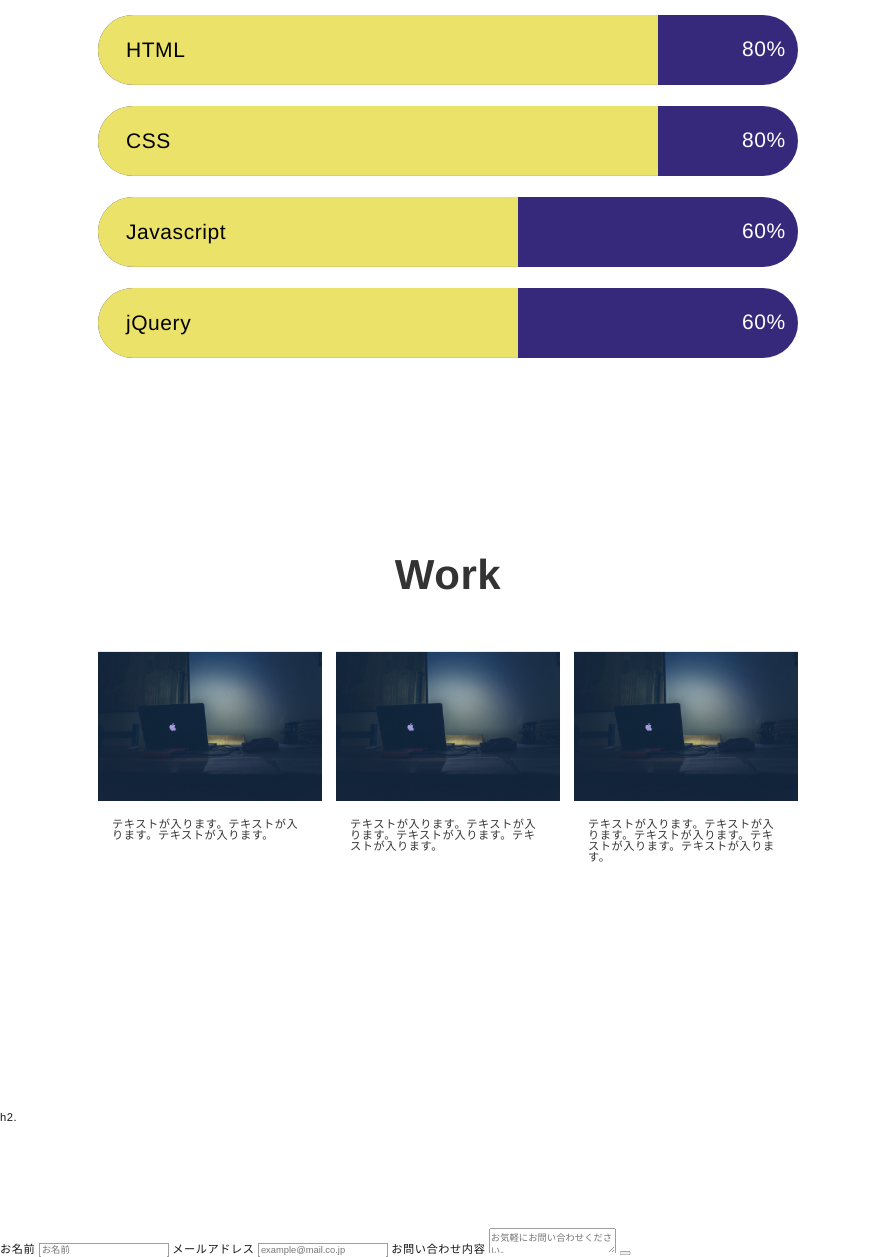
Repository: sadayuki15/portfolio
Page: index.html
The author's editor kept a copy of each file at every save. The page is drawn from the files as they stood at one save, then again after a run of saves.
The browser window is 1280 px wide. The pictures show the part of the page from y = 1856 to 3776 px (the page is 3652 px tall before and 3776 px after), at 70% of full size.

Above is the page before, as saved 2021-04-22 21:19:20.

### index.html
<!DOCTYPE html>
<html lang="ja">
<head>
  <meta charset="UTF-8">
  <meta http-equiv="X-UA-Compatible" content="IE=edge">
  <meta name="viewport" content="width=device-width, initial-scale=1.0">
  <link rel="stylesheet" href="./css/reset.css">
  <link rel="stylesheet" href="./css/style.css">
  <title>Document</title>
</head>
<body>
  <!-- header -->
  <header class="header">
    <div class="header-inner">
      <h1 class="header-title">PortFolio</h1>
      <nav class="header-nav">
        <ul class="nav-list">
          <li class="nav-item"><a href="#">Home</a></li>
          <li class="nav-item"><a href="#">About</a></li>
          <li class="nav-item"><a href="#">Skil</a></li>
          <li class="nav-item"><a href="#">Work</a></li>
          <li class="nav-item"><a href="#">Contact</a></li>
        </ul>
      </nav>
    </div>
  </header>
  <!-- //header -->

  <main>
  <!-- fv -->
  <div class="fv">
    <div class="main-copy">
      <p class="main-title">
        SADAYUKI<br>
        NISIYAMA
      </p>
    </div>
  </div>
  <!-- //fv -->

  <!-- About -->
  <div class="section-wrapper">
    <h2 class="section-title">ABOUT</h2>
    <div class="section-inner about">
      <div class="about-img-wrapper">
        <img src="" alt="">
      </div>
      <div class="about-contents">
        <p class="about-text">
          はじめまして、西山禎侑と申します。
        </p>
        <p class="about-text">
          1986年生まれ。鳥取県八頭郡出身。
        </p>
        <p class="about-text">
          地元の大学卒業後、民間企業へ入社。11年間、個人から法人までの営業、事務、企画等（主に金融業務）を経験し退職。
        </p>
        <p class="about-text">
          2021年2月より完全未経験からプログラミングを学習し、フリーランスエンジニアを目指し新たな道へ挑戦。
        </p>
        <p class="about-text">
          目指すは「頼んで良かった」、「またお願いしたい」と言われる人材に。
        </p>
        <p class="about-text">
          コーディング、Webサイト制作のお仕事が可能です。<br>
          お仕事のご相談等、お気軽にお問い合わせ下さい。
        </p>
        <p class="about-text">
          何卒、よろしくお願い致します。
        </p>
      </div>
    </div>
  </div>
  <!-- //About -->

  <!-- skil -->
  <div class="section-wrapper">
    <h2 class="section-title">Skil</h2>
    <div class="section-inner">
      <div class="chart">
        <div id="board">
          <div class="row">
            <span class="label">HTML</span>
            <div class="bar-wrap">
              <div class="bar" data-value="80"></div>
            </div>
            <span class="number">80%</span>
          </div><!-- row -->
          <div class="row">
            <span class="label">CSS</span>
            <div class="bar-wrap">
              <div class="bar" data-value="80"></div>
            </div>
            <span class="number">80%</span>
          </div><!-- row -->
          <div class="row">
            <span class="label">Javascript</span>
            <div class="bar-wrap">
              <div class="bar" data-value="60"></div>
            </div>
            <span class="number">60%</span>
          </div><!-- row -->
          <div class="row">
            <span class="label">jQuery</span>
            <div class="bar-wrap">
              <div class="bar" data-value="60"></div>
            </div>
            <span class="number">60%</span>
          </div><!-- row -->
        </div><!-- board -->
      </div><!-- chart -->
    </div>
  </div>
  <!-- //skil -->

  <!-- works -->
  <div class="section-wrapper">
    <h2 class="section-title">Work</h2>
    <div class="section-inner">
      <ul class="work-list">
        <li class="work-item">
          <a href="">
            <div class="work-img">
              <img src="./img/top2.jpg" alt="">
            </div>
            <p class="work-text">テキストが入ります。テキストが入ります。テキストが入ります。</p>
          </a>
        </li>
        <li class="work-item">
          <a href="">
            <div class="work-img">
              <img src="./img/top2.jpg" alt="">
            </div>
            <p class="work-text">テキストが入ります。テキストが入ります。テキストが入ります。テキストが入ります。</p>
          </a>
        </li>
        <li class="work-item">
          <a href="">
            <div class="work-img">
              <img src="./img/top2.jpg" alt="">
            </div>
            <p class="work-text">テキストが入ります。テキストが入ります。テキストが入ります。テキストが入ります。テキストが入ります。</p>
          </a>
        </li>
      </ul>
    </div>
  </div>
  <!-- //works -->

  <!-- contact -->
  <div class="section-wrapper">
    h2.
  </div>
  <form action="https://docs.google.com/forms/u/0/d/e/1FAIpQLSfCjsqzzj8C34UUE0Mi2WnerATBCsd4cWR83YcoPwhWItEpFQ/formResponse">
    <label for="name">お名前</label>
    <input id="name" type="text" name="entry.32834570" placeholder="お名前">
    <label for="email">メールアドレス</label>
    <input id="email" type="text" name="entry.303714741" placeholder="example@mail.co.jp">
    <label for="msg">お問い合わせ内容</label>
    <textarea id="msg" name="entry.1496098719" placeholder="お気軽にお問い合わせください。"></textarea>
    <button type="submit" name="button" value="送信"></button>
  </form>
  <!-- //contact -->







  </main>



  <script src="jquery-3.6.0.min.js"></script>
  <script src="index.js"></script>
</body>
</html>

### css/style.css
html {
  font-size: 62.5%;
}
body {
  font-size: 1.6rem;
  letter-spacing: .05em;
  color: #171717;
  font-family: Helvetica, '游ゴシック', 'Yu Gothic', YuGothic, HiraKakuProN-W3, 'メイリオ', Meiryo, sans-serif;
}
ul {
  text-decoration: none;
}
li {
  list-style: none;
}
a {
  text-decoration: none;
}
img {
  width: 100%;
  vertical-align: bottom;
}
/*-------共通-------*/
.section-wrapper {
  padding: 100px 0 100px;
  margin-bottom: 50px;
}
.section-title{
  max-width: 1000px;
  color: #333;
  font-size: 6rem;
  margin: 0 auto 80px;
  padding: 0 30px;
  text-align: center;
}
.section-inner {
  max-width: 1000px;
  margin: 0 auto;
  padding: 0 50px;
}


/*-------header-------*/
.header {
  width: 100%;
  padding: 19px 30px;
  position: absolute;
  top: 0;
  left: 0;
  z-index: 1;
  transition: .3s;
  color: #fff;
  box-sizing: border-box;
}
.header-inner {
  max-width: 1200px;
  margin: 0 auto;
  display: flex;
  justify-content: space-between;
  align-items: center;
  box-sizing: border-box;
}
.header-title {
  font-size: 2.6rem;
}
.nav-list {
  display: flex;
}
.nav-item a {
  display: block;
  color: #fff;
  font-weight: bold;
  text-decoration: none;
  transition: .3s;
}
.nav-item {
  margin-right: 30px;
}
.nav-item:last-of-type {
  margin-right: 0;
}
.nav-item a:hover {
  opacity: .7;
  transition: .3s;
  text-decoration: 3px underline;
}

/*-------fv-------*/
.fv {
  width: 100%;
  height: 100vh;
  min-height: 550px;
  background-image: url(../img/fv-top.jpg);
  background-size: cover;
  background-position: center;
  /* position: relative; */
}
.main-copy {
  position: absolute;
  bottom: 155px;
  left: 120px;
  color: #fff;
  font-weight: bold;
}
.main-title{
  font-size: 15rem;
  text-align: center;
}

.about{
  display: flex;
  justify-content: space-between;
  align-items: center;
}
.about-img-wrapper {
  max-width: 480px;
}
.about-text {
  max-width: 480px;
  margin-bottom: 30px;
  line-height: 1.8;
  font-weight: bold;
}

/*-------skil-------*/
.content {
  width: 100%;
  height: 200px;
  line-height: 200px;
  text-align: center;
}
.chart {
  max-width: 1000px;
  margin: 0 auto;
}
.chart .row {
  position: relative;
  height: 100px;
  margin-bottom: 25px;
}
.chart .row span {
  color: #000;
  font-size: 1.8rem;
}
.chart .row span.label {
  position: absolute;
  top: 35px;
  left: 3%;
  padding-left: 10px;
  text-align: left;
  line-height: 30px;
  z-index: 10;
}
.chart .row .bar-wrap {
  position: relative;
  background: #36297c;
  width: 100%;
  height: 100%;
  overflow: hidden;
  border-radius: 50px;
}
.chart .row .bar-wrap .bar {
  position: absolute;
  top: 0;
  left: 0;
  height: 100%;
  background: #ebe26a;
  transition: all 1s;
  transform: translateX(-100%);
}
.chart .row .bar-wrap .bar.no {
  transform: translateX(0%);
}
.chart .row span.number {
  position: absolute;
  top: 35px;
  right: 3%;
  width: 40px;
  padding-right: 10px;
  text-align: right;
  line-height: 28px;
  z-index: 10;
  color: #fff;
}

/*-------work-------*/
.work-list {
  max-width: 1000px;
  margin: 0 auto 80px;
  display: flex;
  justify-content: space-between;
}
.work-item {
  width: 32%;
}
.work-item a {
  color: #333;
}
.work-text {
  padding: 25px 20px;
}



/*-------media-------*/
@media screen and (min-width: 1000px) {
  .chart .row {
    margin-bottom: 30px;
  }
  .chart .row span {
    color: #000;
    font-size: 3rem;
  }
}

@media screen and (max-width: 1000px) {
  .chart .row {
    margin-bottom: 30px;
  }
  .chart .row span {
    color: #000;
    font-size: 3vw;
  }
}

### index.js
function generateChart(wrapper) {
  let values = [];

  $(wrapper + ' .bar').each(function(index, el) {
    values.push($(this).data('value'));
  });

  $(wrapper + ' .bar').each(function(index, el) {
    let bar = $(this);
    let value = bar.data('value');

    bar.width(value + '%');

    let board = $('#board');
    let boardO = board.offset().top;
    let boardH = board.height();
    let windowH = $(window).height();
    let windowS = $(window).scrollTop();

    if(windowS > boardO - windowH + (windowH / 2) && windowS < boardO + boardH - (boardH / 2)){
      bar.addClass('no');
    }
  });
}

$(window).on('scroll', function(event) {
  generateChart('#board');
});

Loaded but not shown: css/reset.css (common file); jquery-3.6.0.min.js (library)

After the next 6 saves:
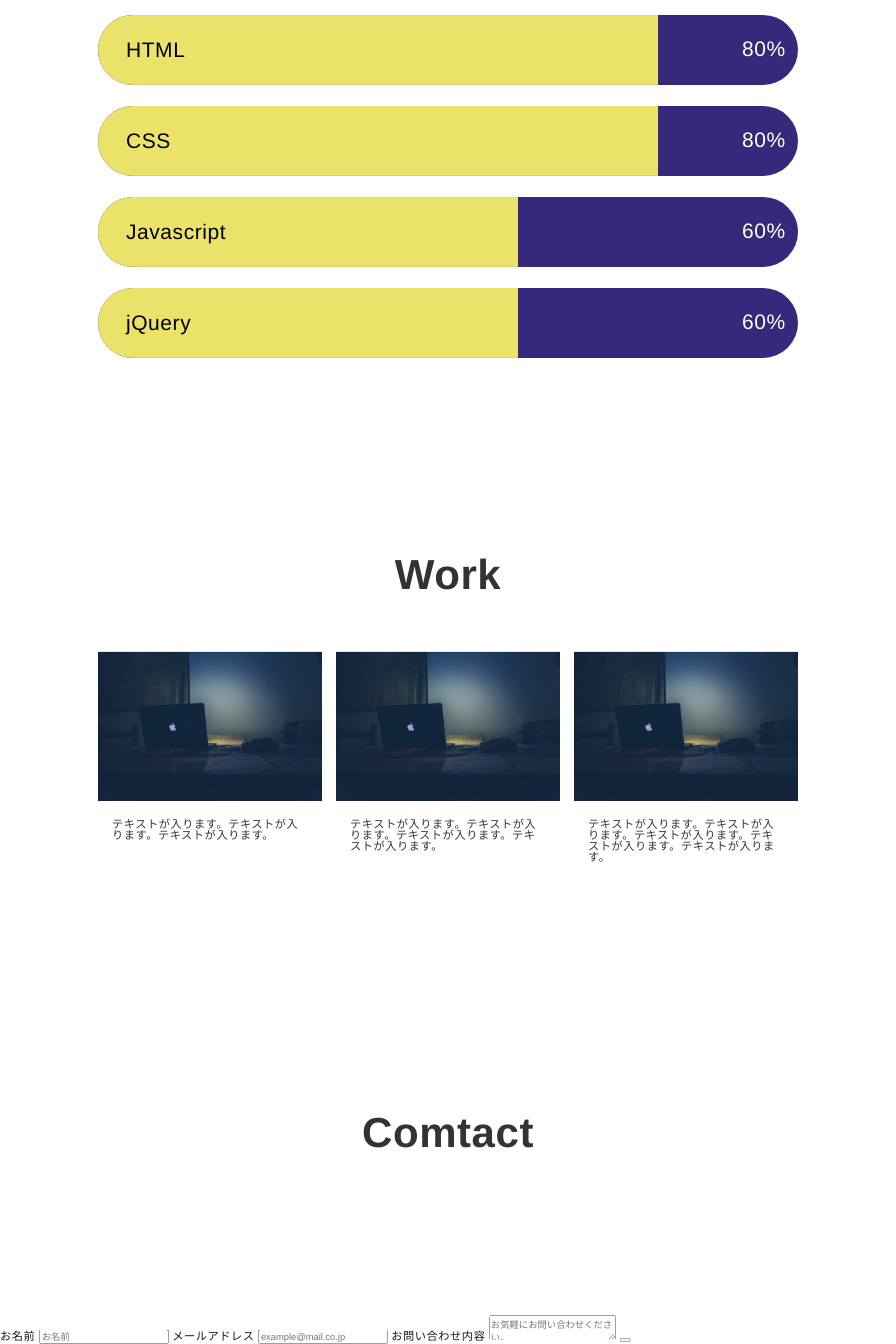
The 6 saves are shown as one change because they came seconds apart.
The last was saved 19 s later.
--- a/index.html
+++ b/index.html
@@ -149,7 +149,7 @@
 
   <!-- contact -->
   <div class="section-wrapper">
-    h2.
+    <h2 class="section-title">Comtact</h2>
   </div>
   <form action="https://docs.google.com/forms/u/0/d/e/1FAIpQLSfCjsqzzj8C34UUE0Mi2WnerATBCsd4cWR83YcoPwhWItEpFQ/formResponse">
     <label for="name">お名前</label>
